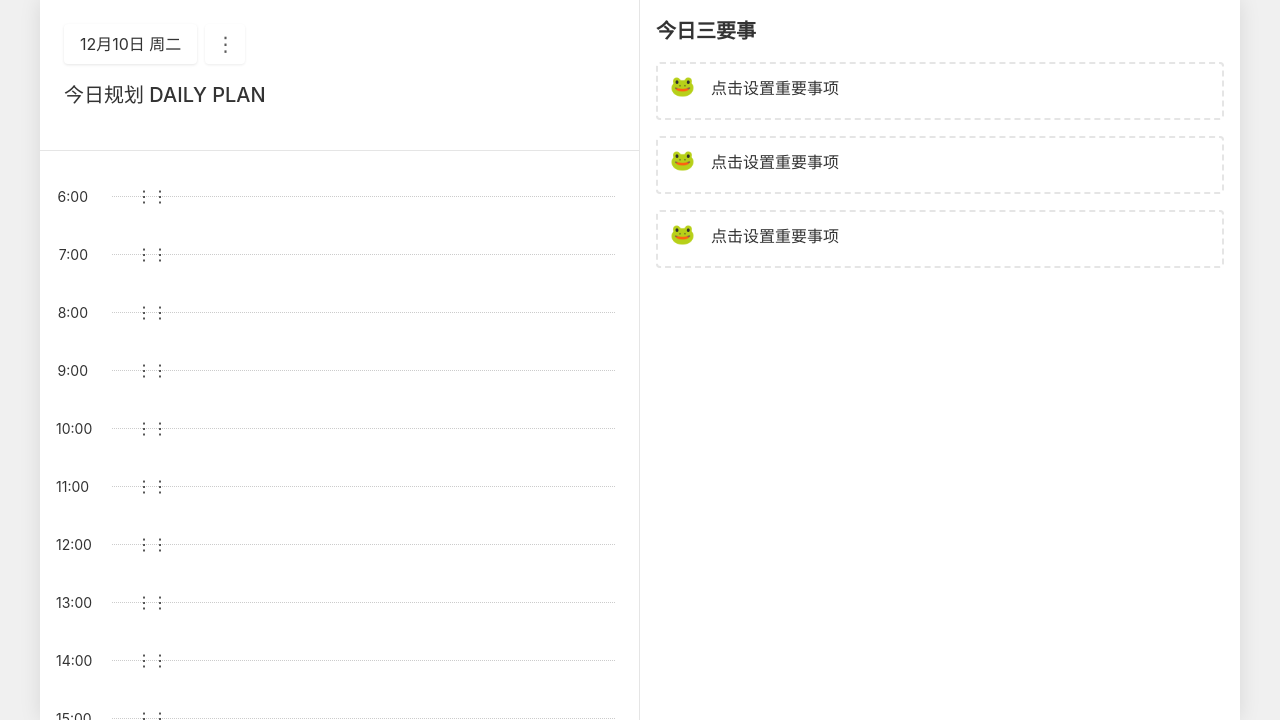
Repository: a6288a/Daily-Planner
Page: index.html
An editor plug-in stored every save of this project. The page is shown before and after the next save, followed by the edit.
The browser window is 1280 px wide. The pictures show the whole page.
An inner scrolling area shows only its first screen.

Above is the page before, as saved 2024-12-10 18:36:17.

### index.html
<!DOCTYPE html>
<html lang="zh">
<head>
    <meta charset="UTF-8">
    <meta name="viewport" content="width=device-width, initial-scale=1.0">
    <title>每日规划笔记本</title>
    <link rel="stylesheet" href="styles.css">
</head>
<body>
    <div class="container">
        <!-- 左侧时间轴区域 -->
        <div class="timeline-area">
            <!-- 顶部日期区域 -->
            <div class="date-header">
                <div class="header-controls">
                    <div class="current-date" id="current-date">
                        <!-- 日期将通过 JS 动态生成 -->
                    </div>
                    <button class="menu-trigger" id="menuTrigger">⋮</button>
                    <div class="header-menu" id="headerMenu">
                        <div class="menu-item danger" id="clearAllData">
                            <span class="menu-icon">🗑️</span>
                            <span>清除所有数据</span>
                        </div>
                    </div>
                </div>
                <h1 class="page-title">今日规划 DAILY PLAN</h1>
            </div>
            <div class="timeline-container" id="timeline-container">
                <!-- 时间轴将通过 JS 动态生成 -->
            </div>
        </div>

        <!-- 右侧区域 -->
        <div class="right-area">
            <!-- 三只青蛙区域 -->
            <div class="frogs-area">
                <h2 class="frogs-title">今日三要事</h2>
                <div class="frog-tasks">
                    <div class="frog-task">
                        <span class="frog-emoji">🐸</span>
                        <div class="task-content" data-index="0">点击设置重要事项</div>
                        <button class="task-clear" title="清除">×</button>
                    </div>
                    <div class="frog-task">
                        <span class="frog-emoji">🐸</span>
                        <div class="task-content" data-index="1">点击设置重要事项</div>
                        <button class="task-clear" title="清除">×</button>
                    </div>
                    <div class="frog-task">
                        <span class="frog-emoji">🐸</span>
                        <div class="task-content" data-index="2">点击设置重要事项</div>
                        <button class="task-clear" title="清除">×</button>
                    </div>
                </div>
            </div>

            <!-- 自由记录区域 -->
            <div class="free-area" id="free-area">
                <!-- 便签将通过 JS 动态生成 -->
            </div>
        </div>
    </div>
    <script src="script.js"></script>
</body>
</html>

### styles.css
:root {
    /* 纸张风格颜色变量 */
    --paper-color: #ffffff;
    --ink-color: #333333;
    --dot-color: #cccccc;
    --line-color: #e5e5e5;
    --accent-color: #4a90e2;

    /* 间距变量 */
    --spacing-unit: 8px;

    /* 字体变量 */
    --title-font: 'PingFang SC', -apple-system, BlinkMacSystemFont, 'Segoe UI', Roboto, sans-serif;
}

* {
    margin: 0;
    padding: 0;
    box-sizing: border-box;
}

body {
    font-family: var(--title-font);
    color: var(--ink-color);
    background-color: #f0f0f0;
    line-height: 1.5;
}

.container {
    display: grid;
    grid-template-columns: 1fr 1fr;
    min-height: 100vh;
    width: 100%;
    max-width: 1200px;
    margin: 0 auto;
    background: var(--paper-color);
    box-shadow: 0 0 20px rgba(0,0,0,0.1);
}

/* 日期头部样式 */
.date-header {
    padding: calc(var(--spacing-unit) * 3);
    border-bottom: 1px solid var(--line-color);
}

.page-title {
    font-size: 1.25rem;
    font-weight: 500;
    margin-bottom: calc(var(--spacing-unit) * 2);
    color: var(--ink-color);
}

.calendar {
    font-size: 0.75rem;
    color: var(--ink-color);
}

.month-grid {
    display: grid;
    grid-template-columns: repeat(12, 1fr);
    gap: 4px;
    margin-bottom: calc(var(--spacing-unit) * 2);
}

.weekday-row {
    display: grid;
    grid-template-columns: repeat(7, 1fr);
    gap: 4px;
}

/* 时间轴区域样式 */
.timeline-area {
    border-right: 1px solid var(--line-color);
    background: var(--paper-color);
    height: 100vh;
    overflow-y: auto;
    padding: 0;
}

.timeline-container {
    padding: calc(var(--spacing-unit) * 2);
}

.time-slot {
    position: relative;
    padding: calc(var(--spacing-unit) * 1.5) 0;
    margin-left: calc(var(--spacing-unit) * 6);
    min-height: 32px;
    display: flex;
    align-items: center;
}

.time-label {
    position: absolute;
    left: calc(var(--spacing-unit) * -6);
    top: 50%;
    transform: translateY(-50%);
    font-size: 0.875rem;
    color: var(--ink-color);
    width: calc(var(--spacing-unit) * 4);
    text-align: right;
}

.time-content {
    position: relative;
    flex: 1;
    margin-left: calc(var(--spacing-unit) * 3);
    min-height: 24px;
    padding: 4px 8px;
    cursor: text;
    z-index: 1;
    display: flex;
    align-items: center;
    gap: 8px;
    transition: transform 0.2s ease, opacity 0.2s ease;
}

/* 点状引导线 */
.time-content::before {
    content: '';
    position: absolute;
    left: calc(var(--spacing-unit) * -2);
    right: 8px;
    top: 50%;
    border-top: 1px dotted var(--dot-color);
    z-index: -1;
}

/* 时间轴内容的占位符 */
.time-content:empty::before {
    content: '...';
    color: var(--dot-color);
    position: absolute;
    left: 8px;
    top: 50%;
    transform: translateY(-50%);
    z-index: 0;
}

/* 时间轴内容的编辑状态 */
.time-content:focus {
    outline: none;
    background-color: rgba(74, 144, 226, 0.05);
}

.time-content:hover {
    background-color: rgba(0, 0, 0, 0.02);
}

/* 自由区域样式 */
.free-area {
    flex: 1;
    overflow: auto;
    padding: calc(var(--spacing-unit) * 2);
    position: relative;
    overflow: hidden;
}

.note {
    position: absolute;
    min-width: 200px;
    min-height: 120px;
    max-width: calc(100% - 20px);
    max-height: calc(100% - 20px);
    background: var(--paper-color);
    border-radius: 4px;
    padding: 0;
    box-shadow: 0 2px 4px rgba(0,0,0,0.1);
    user-select: none;
    transform: translate3d(0, 0, 0);
    transition: box-shadow 0.2s ease;
}

.note:hover {
    box-shadow: 0 4px 8px rgba(0,0,0,0.15);
}

.editable {
    width: 100%;
    height: 100%;
    border: none;
    resize: none;
    font-family: inherit;
    font-size: 0.9375rem;
    color: var(--text-primary);
    background: transparent;
    padding: 0;
}

.editable:focus {
    outline: none;
}

/* 响应式设计 */
@media (max-width: 768px) {
    .container {
        grid-template-columns: 1fr; /* 在小屏幕上堆叠显示 */
    }

    .timeline-area,
    .right-area {
        height: 50vh; /* 上下各占一半 */
    }

    .time-label {
        font-size: 0.75rem;
        left: calc(var(--spacing-unit) * -6);
    }

    .note {
        min-width: 160px;
        min-height: 100px;
    }
}

/* 滚动条美化 */
::-webkit-scrollbar {
    width: 8px;
}

::-webkit-scrollbar-track {
    background: var(--background-color);
}

::-webkit-scrollbar-thumb {
    background: var(--primary-light);
    border-radius: 4px;
}

::-webkit-scrollbar-thumb:hover {
    background: var(--primary-color);
}

/* 修改右侧区域结构 */
.right-area {
    display: flex;
    flex-direction: column;
    height: 100vh;
    background: var(--background-color);
}

/* 三只蛙区域样式 */
.frogs-area {
    background: var(--surface-color);
    padding: calc(var(--spacing-unit) * 2);
    box-shadow: var(--shadow-1);
    border-bottom: 1px solid var(--border-color);
}

.frogs-title {
    font-size: 1.25rem;
    color: var(--text-primary);
    margin-bottom: calc(var(--spacing-unit) * 2);
    display: flex;
    align-items: center;
    gap: var(--spacing-unit);
}

.frog-emoji {
    font-size: 1.25rem;
    line-height: 1;
}

.frog-tasks {
    display: grid;
    gap: calc(var(--spacing-unit) * 2);
    margin-bottom: var(--spacing-unit);
}

.frog-task {
    display: flex;
    align-items: center;
    gap: calc(var(--spacing-unit) * 2);
    padding: calc(var(--spacing-unit) * 1.5);
    background: var(--paper-color);
    border: 2px dashed var(--line-color);
    border-radius: 4px;
    min-height: calc(var(--spacing-unit) * 6);
    transition: all 0.2s ease;
    cursor: pointer;
}

.frog-task:hover {
    border-color: var(--accent-color);
    background-color: rgba(74, 144, 226, 0.05);
}

.task-content {
    flex: 1;
    color: var(--text-secondary);
}

.task-content.has-content {
    color: var(--ink-color);
}

.task-clear {
    opacity: 0;
    background: none;
    border: none;
    font-size: 1.2rem;
    color: var(--text-secondary);
    cursor: pointer;
    padding: 4px;
    transition: all 0.2s ease;
}

.frog-task:hover .task-clear {
    opacity: 0.6;
}

.task-clear:hover {
    opacity: 1 !important;
    color: #ff4444;
}

/* 修改自由区域样式 */
.free-area {
    flex: 1;
    overflow: auto;
    padding: calc(var(--spacing-unit) * 2);
    position: relative;
}

/* 响应式设计更新 */
@media (max-width: 768px) {
    .container {
        grid-template-columns: 1fr;
    }

    .timeline-area,
    .right-area {
        height: 50vh;
    }

    .frogs-area {
        padding: var(--spacing-unit);
    }

    .frog-tasks {
        gap: var(--spacing-unit);
    }

    .frog-task {
        padding: var(--spacing-unit);
        min-height: calc(var(--spacing-unit) * 5);
    }
}

/* 修改日期头部样式 */
.current-date {
    font-size: 1rem;
    color: var(--ink-color);
    margin-bottom: calc(var(--spacing-unit) * 2);
    cursor: pointer;
    display: inline-block;
    padding: 8px 16px;
    border-radius: 4px;
    background-color: var(--paper-color);
    box-shadow: 0 1px 3px rgba(0,0,0,0.1);
    transition: all 0.2s ease;
}

.current-date:hover {
    background-color: var(--line-color);
    box-shadow: 0 2px 5px rgba(0,0,0,0.15);
}

/* 修改签样式 */
.note {
    position: absolute;
    min-width: 200px;
    min-height: 120px;
    background: var(--paper-color);
    border-radius: 4px;
    padding: 0;
    box-shadow: 0 2px 4px rgba(0,0,0,0.1);
    user-select: none;
    transform: translate3d(0, 0, 0);
}

.note-header {
    padding: 8px;
    background-color: rgba(0, 0, 0, 0.02);
    border-top-left-radius: 4px;
    border-top-right-radius: 4px;
    border-bottom: 1px solid var(--line-color);
    cursor: grab;
}

.note-header:active {
    cursor: grabbing;
}

.note-content {
    padding: calc(var(--spacing-unit) * 2);
    min-height: 80px;
    user-select: text;
}

.note-header {
    display: flex;
    justify-content: flex-end;
    margin-bottom: var(--spacing-unit);
}

.delete-note {
    background: none;
    border: none;
    color: var(--ink-color);
    cursor: pointer;
    padding: 4px;
    opacity: 0.6;
    transition: opacity 0.2s;
}

.delete-note:hover {
    opacity: 1;
}

/* 修改青蛙任务样式 */
.frog-task {
    display: flex;
    align-items: flex-start;
    gap: calc(var(--spacing-unit) * 2);
    padding: calc(var(--spacing-unit) * 1.5);
    background: var(--paper-color);
    border: 2px dashed var(--line-color);
    border-radius: 4px;
    min-height: calc(var(--spacing-unit) * 6);
    transition: all 0.2s ease;
}

.frog-emoji {
    font-size: 1.25rem;
    line-height: 1;
}

.task-content {
    flex: 1;
    min-height: 24px;
    position: relative;
    pointer-events: none;
}

.task-content:empty::before {
    content: attr(data-placeholder);
    color: var(--dot-color);
    position: absolute;
    pointer-events: none;
}

/* 拖拽相关样式 */
.dragging {
    opacity: 0.5;
    cursor: grabbing;
}

.drag-over {
    border-color: var(--accent-color);
    background-color: rgba(74, 144, 226, 0.1);
    transform: scale(1.02);
}

/* 日期显示样式 */
.current-date {
    font-size: 1rem;
    color: var(--ink-color);
    margin-bottom: calc(var(--spacing-unit) * 2);
    cursor: pointer;
    display: inline-block;
    padding: 8px 16px;
    border-radius: 4px;
    background-color: var(--paper-color);
    box-shadow: 0 1px 3px rgba(0,0,0,0.1);
    transition: all 0.2s ease;
}

.current-date:hover {
    background-color: var(--line-color);
    box-shadow: 0 2px 5px rgba(0,0,0,0.15);
}

/* 便签内容样式 */
.note-content {
    min-height: 60px;
    outline: none;
    padding: 4px;
}

.note-content:focus {
    background-color: rgba(74, 144, 226, 0.05);
}

/* 日期选择器容器 */
.date-picker-container {
    position: relative;
    margin-bottom: calc(var(--spacing-unit) * 2);
}

.current-date {
    font-size: 1.125rem;
    color: var(--ink-color);
    cursor: pointer;
    display: inline-block;
    padding: 8px 16px;
    border-radius: 4px;
    background-color: var(--paper-color);
    box-shadow: 0 1px 3px rgba(0,0,0,0.1);
    transition: all 0.2s ease;
    user-select: none;
}

.current-date:hover {
    background-color: var(--line-color);
    box-shadow: 0 2px 5px rgba(0,0,0,0.15);
}

/* 自定义日期选择样式 */
input[type="date"] {
    position: absolute;
    top: 0;
    left: 0;
    opacity: 0;
    width: 100%;
    height: 100%;
    cursor: pointer;
}

.note {
    transition: transform 0.2s ease;
}

.dragging-to-frog {
    transform: scale(0.95);
    opacity: 0.8;
    cursor: move !important;
}

.dragging {
    opacity: 0.5;
}

.task-menu {
    position: absolute;
    background: white;
    border-radius: 4px;
    box-shadow: 0 2px 10px rgba(0,0,0,0.1);
    max-width: 300px;
    max-height: 400px;
    overflow-y: auto;
    z-index: 1000;
}

.menu-section {
    padding: 8px;
}

.menu-section h3 {
    font-size: 0.9rem;
    color: var(--text-secondary);
    margin-bottom: 8px;
}

.menu-item {
    padding: 8px;
    cursor: pointer;
    border-radius: 4px;
    transition: all 0.2s ease;
}

.menu-item:hover {
    background-color: rgba(74, 144, 226, 0.1);
}

.header-controls {
    display: flex;
    align-items: center;
    gap: 8px;
    margin-bottom: calc(var(--spacing-unit) * 2);
    position: relative;
    height: 40px;
}

.clear-all-btn {
    padding: 8px 16px;
    background-color: #ff4444;
    color: white;
    border: none;
    border-radius: 4px;
    cursor: pointer;
    font-size: 0.875rem;
    transition: all 0.2s ease;
}

.clear-all-btn:hover {
    background-color: #ff6666;
}

/* 菜单触发按钮样式 */
.menu-trigger {
    background: var(--paper-color);
    border: none;
    font-size: 1.25rem;
    color: var(--ink-color);
    cursor: pointer;
    width: 40px;
    height: 40px;
    padding: 0;
    display: flex;
    align-items: center;
    justify-content: center;
    border-radius: 4px;
    box-shadow: 0 1px 3px rgba(0,0,0,0.1);
    opacity: 0.8;
    transition: all 0.2s ease;
}

.menu-trigger:hover {
    background-color: var(--line-color);
    box-shadow: 0 2px 5px rgba(0,0,0,0.15);
    opacity: 1;
}

/* 头部菜单样式 */
.header-menu {
    position: absolute;
    top: calc(100% + 4px);
    right: 0;
    background: var(--paper-color);
    border-radius: 4px;
    box-shadow: 0 2px 10px rgba(0,0,0,0.1);
    min-width: 160px;
    display: none;
    z-index: 1000;
    border: 1px solid var(--line-color);
    animation: menuFadeIn 0.2s ease;
}

@keyframes menuFadeIn {
    from {
        opacity: 0;
        transform: translateY(-10px);
    }
    to {
        opacity: 1;
        transform: translateY(0);
    }
}

.header-menu.show {
    display: block;
}

.header-menu .menu-item {
    padding: 8px 16px;
    display: flex;
    align-items: center;
    gap: 8px;
    cursor: pointer;
    transition: all 0.2s ease;
}

.header-menu .menu-item:hover {
    background-color: var(--line-color);
}

.header-menu .menu-item.danger {
    color: #ff4444;
}

.header-menu .menu-item.danger:hover {
    background-color: #fff1f1;
}

.menu-icon {
    font-size: 1.2em;
}

/* 修改 header-controls 样式 */
.header-controls {
    display: flex;
    align-items: center;
    gap: 8px;
    margin-bottom: calc(var(--spacing-unit) * 2);
    position: relative;
    height: 40px;
}

/* 移除原来的清除按钮样式 */
.clear-all-btn {
    display: none;
}

/* 日期按钮样式 */
.current-date {
    height: 100%;
    display: flex;
    align-items: center;
    padding: 0 16px;
    font-size: 1rem;
    color: var(--ink-color);
    background-color: var(--paper-color);
    border-radius: 4px;
    box-shadow: 0 1px 3px rgba(0,0,0,0.1);
    cursor: pointer;
    transition: all 0.2s ease;
    user-select: none;
    margin: 0;
}

/* 菜单按钮样式 */
.menu-trigger {
    height: 100%;
    width: 40px;
    display: flex;
    align-items: center;
    justify-content: center;
    font-size: 1.25rem;
    color: var(--ink-color);
    background-color: var(--paper-color);
    border: none;
    border-radius: 4px;
    box-shadow: 0 1px 3px rgba(0,0,0,0.1);
    cursor: pointer;
    transition: all 0.2s ease;
    opacity: 0.8;
    margin: 0;
    padding: 0;
}

/* 统一的悬停效果 */
.current-date:hover,
.menu-trigger:hover {
    background-color: var(--line-color);
    box-shadow: 0 2px 5px rgba(0,0,0,0.15);
    opacity: 1;
}

/* 添加时间范围显示 */
.time-range {
    color: var(--accent-color);
    font-size: 0.875rem;
    white-space: nowrap;
}

/* 添加展开箭头 */
.time-expand {
    opacity: 0;
    cursor: pointer;
    font-size: 0.75rem;
    color: var(--ink-color);
    padding: 4px;
    transition: opacity 0.2s ease;
}

.time-content:hover .time-expand {
    opacity: 0.6;
}

.time-content.dragging {
    transform: scale(0.98);
    opacity: 0.8;
    cursor: grabbing;
    background-color: var(--paper-color);
    box-shadow: 0 2px 4px rgba(0,0,0,0.1);
}

Loaded but not shown: script.js (724 lines, source omitted)

After the next save:
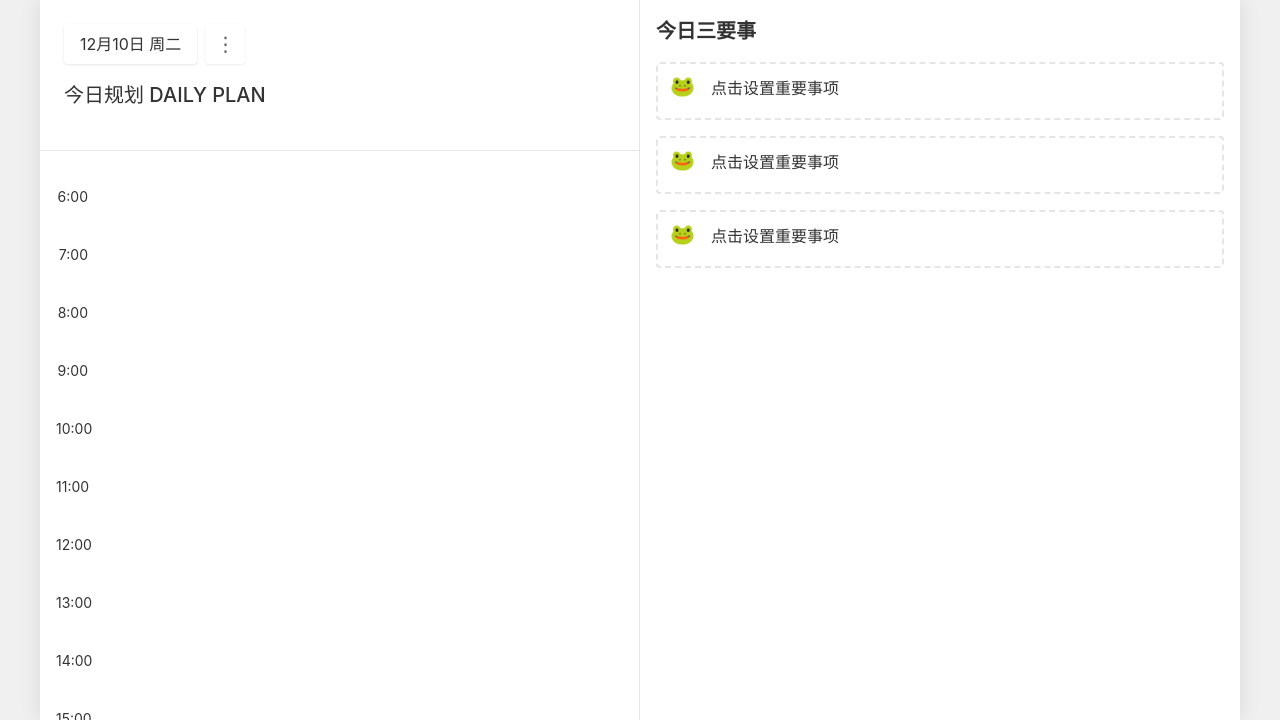
Saved 10 s later.
--- a/styles.css
+++ b/styles.css
@@ -107,12 +107,42 @@ body {
     margin-left: calc(var(--spacing-unit) * 3);
     min-height: 24px;
     padding: 4px 8px;
-    cursor: text;
-    z-index: 1;
     display: flex;
     align-items: center;
     gap: 8px;
-    transition: transform 0.2s ease, opacity 0.2s ease;
+    background: var(--paper-color);
+    border-radius: 4px;
+    transition: all 0.2s ease;
+}
+
+.time-content-text {
+    flex: 1;
+    min-height: 24px;
+    outline: none;
+}
+
+.time-drag-handle {
+    opacity: 0;
+    cursor: grab;
+    color: var(--dot-color);
+    font-size: 14px;
+    user-select: none;
+    transition: opacity 0.2s ease;
+}
+
+.time-content:hover .time-drag-handle {
+    opacity: 0.6;
+}
+
+.time-content.dragging {
+    cursor: grabbing;
+    box-shadow: 0 2px 8px rgba(0,0,0,0.1);
+    background-color: var(--paper-color);
+}
+
+.time-content.dragging .time-drag-handle {
+    opacity: 1;
+    cursor: grabbing;
 }
 
 /* 点状引导线 */
@@ -314,7 +344,7 @@ body {
     color: #ff4444;
 }
 
-/* 修改自由区域样式 */
+/* 修改��由区域样式 */
 .free-area {
     flex: 1;
     overflow: auto;
@@ -765,3 +795,70 @@ input[type="date"] {
     background-color: var(--paper-color);
     box-shadow: 0 2px 4px rgba(0,0,0,0.1);
 }
+
+/* 时间范围选择器样式 */
+.time-range-picker {
+    background: var(--paper-color);
+    border-radius: 4px;
+    box-shadow: 0 2px 10px rgba(0,0,0,0.1);
+    padding: 16px;
+    min-width: 240px;
+    z-index: 1000;
+}
+
+.picker-header {
+    font-size: 1rem;
+    font-weight: 500;
+    margin-bottom: 16px;
+    color: var(--ink-color);
+}
+
+.picker-content {
+    display: flex;
+    flex-direction: column;
+    gap: 12px;
+}
+
+.time-select {
+    display: flex;
+    flex-direction: column;
+    gap: 4px;
+}
+
+.time-select label {
+    font-size: 0.875rem;
+    color: var(--ink-color);
+}
+
+.time-select select {
+    padding: 4px 8px;
+    border: 1px solid var(--line-color);
+    border-radius: 4px;
+    font-size: 0.875rem;
+}
+
+.picker-actions {
+    display: flex;
+    justify-content: flex-end;
+    gap: 8px;
+    margin-top: 16px;
+}
+
+.picker-actions button {
+    padding: 6px 12px;
+    border: none;
+    border-radius: 4px;
+    cursor: pointer;
+    font-size: 0.875rem;
+    transition: all 0.2s ease;
+}
+
+.picker-cancel {
+    background: var(--line-color);
+    color: var(--ink-color);
+}
+
+.picker-confirm {
+    background: var(--accent-color);
+    color: white;
+}
